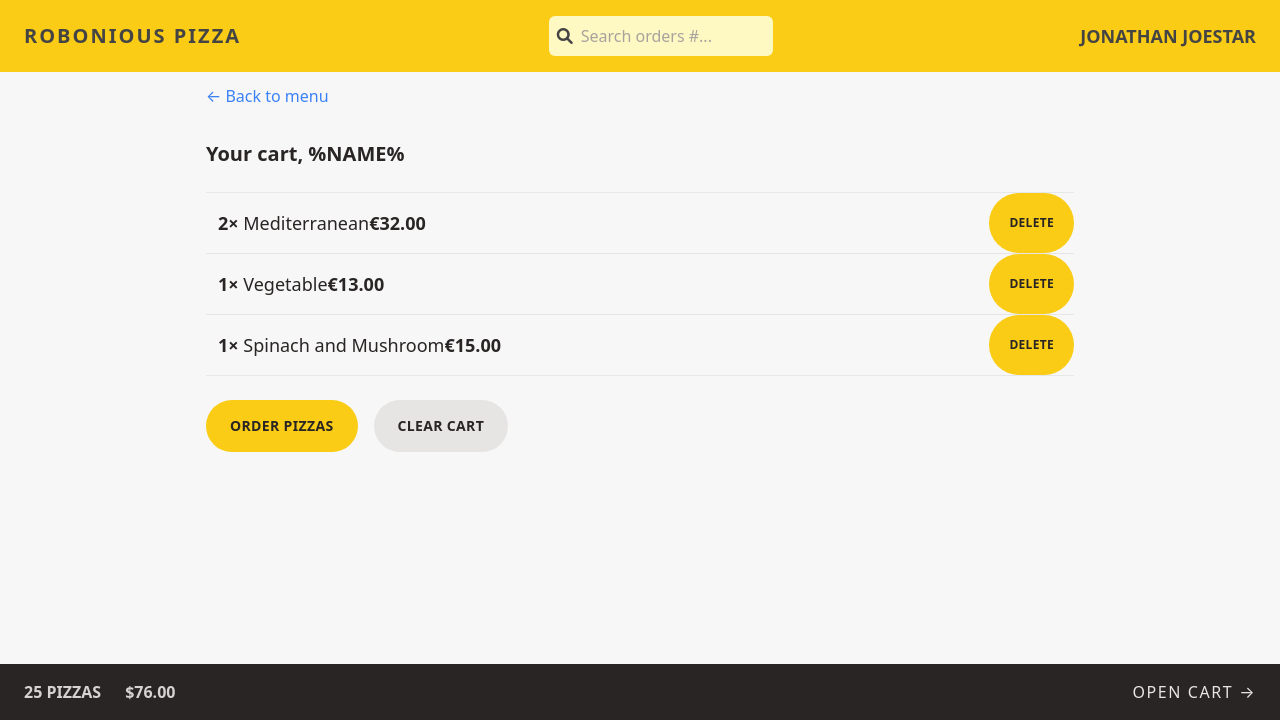
Repository: Alexro04/fast-food
Page: /cart (app in fast-food/)
These files come from the project's save history. The page is drawn as it stood at one moment and after the next save; the edit follows.
The browser window is 1280 px wide. The pictures show the whole page.
The project was rebuilt for these pictures with package versions that can differ from the ones it lists, and the page was loaded fresh each time. Also part of the build but not shown: fast-food/vite.config.js, fast-food/src/features/user/CreateUser.jsx, fast-food/src/ui/Home.jsx, fast-food/src/ui/Loading.jsx, fast-food/src/utils/apiRestaurant.js, fast-food/src/features/order/OrderItem.jsx, fast-food/src/features/order/Order.jsx, fast-food/src/features/menu/MenuItem.jsx and 3 more.

Above is the page before, as saved 2025-03-14 07:07:34.

After the next save:
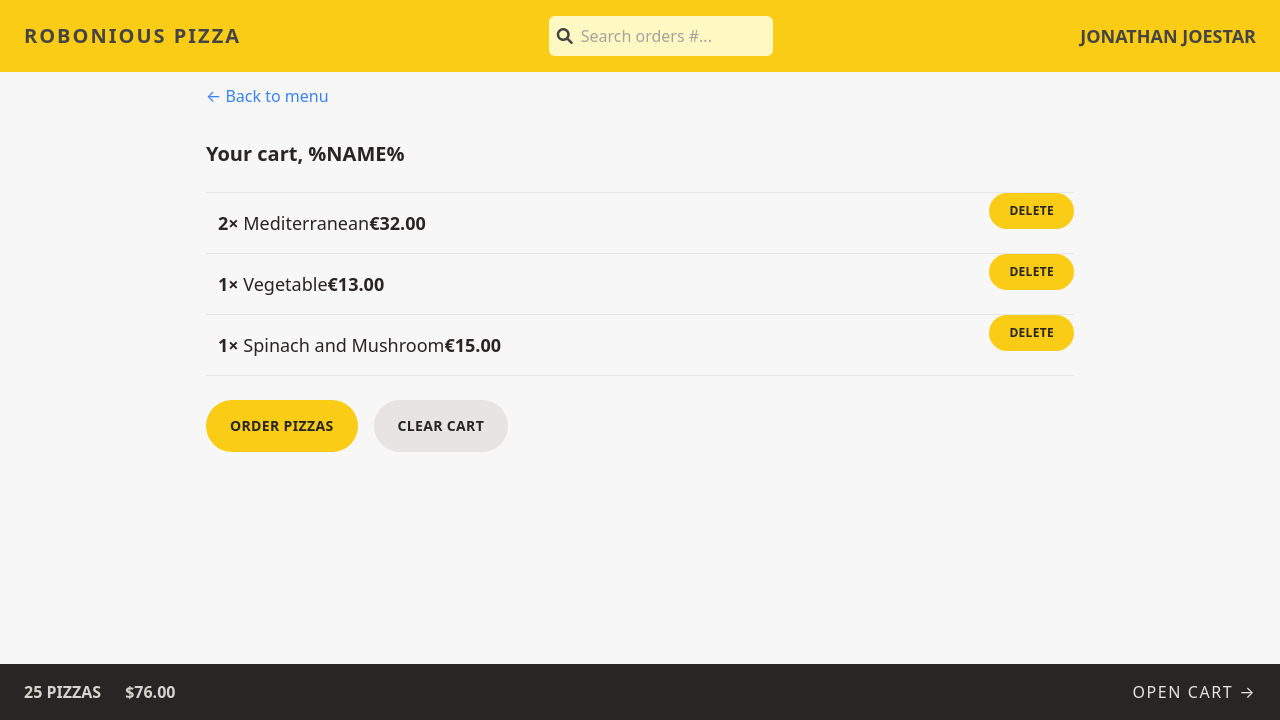
Saved 37 s later.
--- a/fast-food/src/ui/Button.jsx
+++ b/fast-food/src/ui/Button.jsx
@@ -3,7 +3,7 @@ import { Link } from "react-router-dom";
 
 function Button({ children, disabled, type, to }) {
   const base =
-    "inline-block tracking-wide disabled:cursor-not-allowed rounded-full transition-colors duration-300 font-semibold uppercase focus:outline-none focus:ring-2 focus:ring-offset-2 ";
+    "inline-block h-fit tracking-wide disabled:cursor-not-allowed rounded-full transition-colors duration-300 font-semibold uppercase focus:outline-none focus:ring-2 focus:ring-offset-2 ";
 
   const base_primary =
     base +
